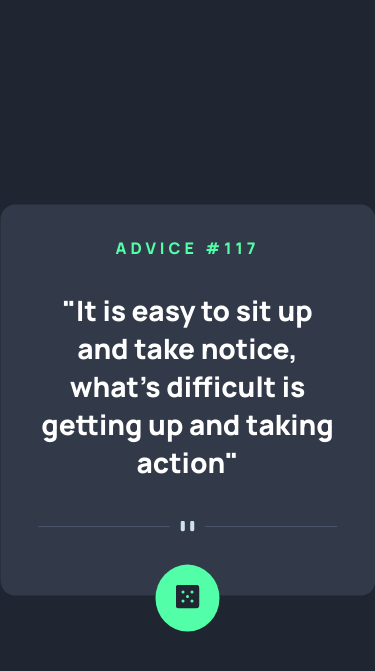
Repository: WindOfCodes/advice-generator-app
Page: index.html
These files come from the project's save history. The page is drawn as it stood at one moment and after the next save; the edit follows.
The browser window is 375 px wide. The pictures show the whole page.

Above is the page before, as saved 2022-11-28 22:29:42.

After the next save:
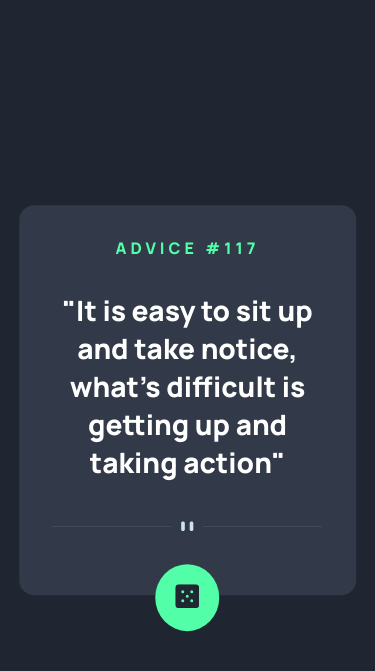
Saved 15 s later.
--- a/styles/main.css
+++ b/styles/main.css
@@ -72,6 +72,6 @@ body {
 
 @media only screen and (max-width: 375px) {
   .card {
-    width: 100%;
+    width: 90%;
   }
 }
